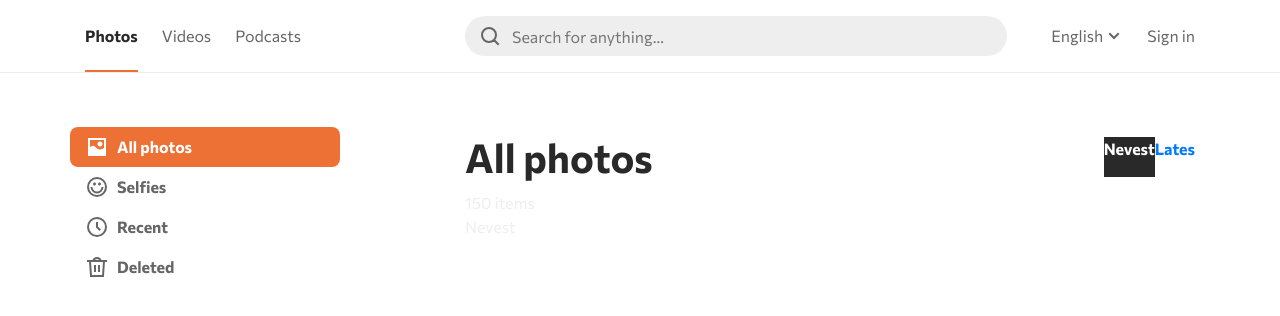
Repository: densavi/djinni
Page: index.html
An editor plug-in stored every save of this project. The page is shown before and after the next save, followed by the edit.
The browser window is 1280 px wide. The pictures show the whole page.
The style sheet was rebuilt from its Sass, Less or Tailwind sources for each picture, by a compiler version that may differ from the author's.

Above is the page before, as saved 2023-04-10 23:57:21.

### index.html
<!DOCTYPE html>
<html lang="en">
<head>
  <meta charset="UTF-8">
  <meta http-equiv="X-UA-Compatible" content="IE=edge">
  <meta name="viewport" content="width=device-width, initial-scale=1.0">
  <title>Photos</title>
  <link rel="stylesheet" href="https://cdn.jsdelivr.net/npm/bootstrap@4.6.2/dist/css/bootstrap.min.css" integrity="sha384-xOolHFLEh07PJGoPkLv1IbcEPTNtaed2xpHsD9ESMhqIYd0nLMwNLD69Npy4HI+N" crossorigin="anonymous">
  <link rel="stylesheet" href="css/style.css">
</head>
<body>

  <header class="header">
    <div class="container">
      <div class="row d-flex justify-content-between align-items-center">
        <div class="col-3">
          <button class="open-menu"><span></span></button>
          <nav class="header__nav">
            <ul class="nav">
              <li class="nav-item">
                <a class="nav-link active" aria-current="page" href="#">Photos</a>
              </li>
              <li class="nav-item">
                <a class="nav-link" href="#">Videos</a>
              </li>
              <li class="nav-item">
                <a class="nav-link" href="#">Podcasts</a>
              </li>
            </ul>
          </nav>
        </div>
        <div class="col-8 d-flex align-items-center justify-content-end">
          <label for="search" class="header__search">
            <img src="img/search.svg" alt="Search">
            <input type="search" placeholder="Search for anything...">
          </label>
          <div class="dropdown show">
            <a class="header__lang-link" href="#" role="button" id="dropdownMenuLink" data-toggle="dropdown" aria-haspopup="true" aria-expanded="false">
              English
              <svg width="12" height="8" viewBox="0 0 12 8" fill="none" xmlns="http://www.w3.org/2000/svg">
                <path d="M2 2L6 6L10 2" stroke="#666666" stroke-width="2" stroke-linecap="square"/>
              </svg>
            </a>

            <div class="dropdown-menu" aria-labelledby="dropdownMenuLink">
              <a class="dropdown-item" href="#">Ukraine</a>
              <a class="dropdown-item" href="#">Polish</a>
            </div>
          </div>
          <a href="#" class="header__sign-in">Sign in</a>
        </div>
      </div>
    </div>
  </header>


  <div class="wrapper">
    <div class="container">
      <div class="row d-flex justify-content-between">
        <div class="col-3 sidebar">
          <ul class="nav sidebar__tabs">
            <li class="sidebar__item">
              <a class="d-flex align-items-center sidebar__link active" data-toggle="tab" href="#all-photos">
                <svg width="24" height="24" viewBox="0 0 24 24" fill="none" xmlns="http://www.w3.org/2000/svg">
                  <path d="M15 6.5C13.6193 6.5 12.5 7.61929 12.5 9C12.5 10.3807 13.6193 11.5 15 11.5C16.3807 11.5 17.5 10.3807 17.5 9C17.5 7.61929 16.3807 6.5 15 6.5Z" fill="#666666"/>
                  <path fill-rule="evenodd" clip-rule="evenodd" d="M3 3H21V21H18.5266L18.4945 21.0002H5.5L5.46787 21H3V3ZM19 12.8362C17.8552 13.898 16.7044 14.4537 15 14.4537C13.0944 14.4537 11.6208 13.2859 10.1527 11.7048C9.15108 10.6262 7.51491 10.4335 6.29018 11.25L6.26758 11.2651L5 12.2134V5H19V12.8362Z" fill="#666666"/>
                </svg>
                All photos
              </a>
            </li>
            <li class="sidebar__item">
              <a class="d-flex align-items-center sidebar__link" data-toggle="tab" href="#selfies">
                <svg width="24" height="24" viewBox="0 0 24 24" fill="none" xmlns="http://www.w3.org/2000/svg">
                  <path d="M17.5 12C17.5 15.0376 15.0376 17.5 12 17.5C8.96243 17.5 6.5 15.0376 6.5 12M21 12C21 16.9706 16.9706 21 12 21C7.02944 21 3 16.9706 3 12C3 7.02944 7.02944 3 12 3C16.9706 3 21 7.02944 21 12Z" stroke="#666666" class="hover-fill" stroke-width="2"/>
                  <path d="M11 9C11 9.82843 10.3284 10.5 9.5 10.5C8.67157 10.5 8 9.82843 8 9C8 8.17157 8.67157 7.5 9.5 7.5C10.3284 7.5 11 8.17157 11 9Z" fill="#666666"/>
                  <path d="M16 9C16 9.82843 15.3284 10.5 14.5 10.5C13.6716 10.5 13 9.82843 13 9C13 8.17157 13.6716 7.5 14.5 7.5C15.3284 7.5 16 8.17157 16 9Z" fill="#666666"/>
                </svg>
                Selfies
              </a>
            </li>
            <li class="sidebar__item">
              <a class="d-flex align-items-center sidebar__link" data-toggle="tab" href="#recent">
                <svg width="24" height="24" viewBox="0 0 24 24" fill="none" xmlns="http://www.w3.org/2000/svg">
                  <path d="M12 8V12L14.5 14.5M21 12C21 16.9706 16.9706 21 12 21C7.02944 21 3 16.9706 3 12C3 7.02944 7.02944 3 12 3C16.9706 3 21 7.02944 21 12Z" stroke="#666666" stroke-width="2" stroke-linecap="square"/>
                </svg>
                Recent
              </a>
            </li>
            <li class="sidebar__item">
              <a class="d-flex align-items-center sidebar__link" data-toggle="tab" href="#deleted">
                <svg width="24" height="24" viewBox="0 0 24 24" fill="none" xmlns="http://www.w3.org/2000/svg">
                  <path d="M6 21L5.00221 21.0665L5.06445 22H6V21ZM18 21V22H18.9356L18.9978 21.0665L18 21ZM3 5H2V7H3V5ZM21 7H22V5H21V7ZM11 11V10H9V11H11ZM9 16V17H11V16H9ZM15 11V10H13V11H15ZM13 16V17H15V16H13ZM4.00221 6.06652L5.00221 21.0665L6.99779 20.9335L5.99779 5.93348L4.00221 6.06652ZM6 22H18V20H6V22ZM18.9978 21.0665L19.9978 6.06652L18.0022 5.93348L17.0022 20.9335L18.9978 21.0665ZM19 5H5V7H19V5ZM3 7H5V5H3V7ZM19 7H21V5H19V7ZM9 11V16H11V11H9ZM13 11V16H15V11H13ZM12 4C13.3965 4 14.5725 4.95512 14.9055 6.24926L16.8424 5.75074C16.2874 3.59442 14.3312 2 12 2V4ZM9.09445 6.24926C9.42754 4.95512 10.6035 4 12 4V2C9.66883 2 7.71258 3.59442 7.15758 5.75074L9.09445 6.24926Z" fill="#666666"/>
                </svg>
                Deleted
              </a>
            </li>
          </ul>
        </div>
        <div class="col-8">
            <div class="tab-content">
              <div role="tabpanel" class="tab-pane active" id="all-photos">


                <div class="content__head d-flex align-items-center justify-content-between">
                  <h2 class="content__title">All photos</h2>
                  <ul class="nav content__tabs">
                    <li class="content__item">
                      <a class="content__link active" data-toggle="tab" href="#nevest">Nevest</a>
                    </li>
                    <li class="content__item">
                      <a class="content__link" data-toggle="tab" href="#lates">Lates</a>
                    </li>
                  </ul>
                </div>

                <div class="content__items">150 items</div>


                <div class="tab-content">
                  <div role="tabpanel" class="tab-pane active" id="nevest">
                    Nevest
                  </div>
                  <div role="tabpanel" class="tab-pane" id="lates">
                    <div class="alert alert-info">There is nothing here :)</div>
                  </div>

                </div>

              </div>

              <div role="tabpanel" class="tab-pane" id="selfies">
                <div class="alert alert-info">Selfies</div>
              </div>
              <div role="tabpanel" class="tab-pane" id="recent">
                <div class="alert alert-info">recent</div>
              </div>
              <div role="tabpanel" class="tab-pane" id="deleted">
                delete
              </div>

            </div>
        </div>



      </div>
    </div>
  </div>

  <script src="https://code.jquery.com/jquery-3.6.4.min.js" integrity="sha256-oP6HI9z1XaZNBrJURtCoUT5SUnxFr8s3BzRl+cbzUq8=" crossorigin="anonymous"></script>
  <script src="https://cdn.jsdelivr.net/npm/bootstrap@4.6.2/dist/js/bootstrap.min.js" integrity="sha384-+sLIOodYLS7CIrQpBjl+C7nPvqq+FbNUBDunl/OZv93DB7Ln/533i8e/mZXLi/P+" crossorigin="anonymous"></script>
  <script src="js/main.js"></script>
</body>
</html>

### css/style.scss
@import url('https://fonts.googleapis.com/css2?family=Commissioner:wght@400;700&display=swap');

@import 'vars';
@import 'typo';

@import 'components/header';
@import 'components/mobile-menu';
@import 'components/sidebar';
@import 'components/content';

### css/_vars.scss
$darkBlack: #292929;
$grey: #666666;
$lightGrey: #EEEEEE;

$orange: #ED7135;

$mainFont: 'Commissioner', sans-serif;

$tablet: 992px;
$mobile: 768px;

### css/_typo.scss
body {
  font: 16px/24px $mainFont;
  color: $lightGrey;
}

a {
  color: $mainFont;
  text-decoration: underline;
  &:hover {
    text-decoration: none;
  }
}


.wrapper {
  padding-top: 54px;
}

### css/components/_header.scss
.header {
  border-bottom: 1px solid #EBEBEB;
  padding: 16px 0;
  &__search {
    background: $lightGrey;
    padding: 0 0 0 16px;
    display: flex;
    align-items: center;
    border-radius: 100px;
    margin: 0;
    width: 546px;
    flex: 1;
    @media (max-width: $mobile) {
      display: none;
    }
    img {
      display: flex;
    }
    input[type="search"] {
      height: 40px;
      border: 0;
      background: transparent;
      outline: none;
      width: 100%;
      padding: 0 12px;
    }
  }
  &__sign-in {
    text-decoration: none;
    color: $grey;
    transition: color .3s ease;
    margin-left: 27px;
    @media (max-width: $tablet) {
      margin-left: 15px;
    }
    &:hover {
      color: $orange;
    }
  }
  &__lang-link {
    color: $grey;
    text-decoration: none;
    transition: color .3s ease;
    svg {
      margin-left: 2px;
      transform: translateY(-2px);
      path {
        transition: transform .3s ease;
      }
    }
    &:hover {
      color: $orange;
      svg {
        path {
          stroke: $orange;
        }
      }
    }
  }
  .dropdown-item {
    text-decoration: none;
  }
  .dropdown {
    margin-left: 44px;
    @media (max-width: $tablet) {
      margin-left: 20px;
    }
    @media (max-width: $mobile) {
      display: none;
    }
  }
  &__nav {
    @media (max-width: $mobile) {
      display: none;
    }
    .nav-item {
      &:not(:last-child) {
        margin-right: 24px;
        @media (max-width: $tablet) {
          margin-right: 13px;
        }
      }
    }
    .nav-link {
      padding: 0;
      text-decoration: none;
      color: $grey;
      position: relative;
      &:before {
        content: '';
        position: absolute;
        bottom: -24px;
        width: 0;
        height: 2px;
        background: $orange;
        left: 0;
        transition: all .3s ease;
      }
      &.active {
        font-weight: 700;
        color: $darkBlack;
      }
      &:hover,
      &.active {
        &:before {
          width: 100%;
        }
      }
    }
  }
}

### css/components/_mobile-menu.scss
.open-menu {
  width: 30px;
  height: 20px;
  border: 0;
  position: relative;
  background: transparent;
  display: none;
  cursor: pointer;
  @media (max-width: $mobile) {
    display: block;
  }
  span,
  &:before,
  &:after {
    content: '';
    position: absolute;
    left: 0;
    height: 4px;
    background: $grey;
    width: 100%;
    top: 50%;
    margin-top: -2px;
    transition: all .5s ease;
    border-radius: 4px;
  }
  &:before {
    top: 0;
    margin: 0;
  }
  &:after {
    top: auto;
    margin: 0;
    bottom: 0;
  }
  &.active {
    span {
      opacity: 0;
    }
    &:before {
      transform: rotate(50deg);
      top: 50%;
    }
    &:after {
      transform: rotate(-50deg);
      top: 50%;
    }
  }
}

### css/components/_sidebar.scss
.sidebar {
  &__item {
    margin-left: -15px;
    width: calc(100% + 15px);
  }
  &__link {
    height: 40px;
    border-radius: 8px;
    padding: 0 15px;
    color: $grey;
    text-decoration: none;
    font-weight: 700;
    display: flex;
    svg {
      margin-right: 8px;
    }
    &.active,
    &:hover {
      background: $orange;
      color: #fff;
      svg {
        path {
          fill: #fff;
        }
        .hover-fill {
          fill: #ED7135 !important;
          stroke: #fff;
        }
      }
    }
    &.active:hover {
      color: #fff;
    }
  }
}

### css/components/_content.scss
.content {
  &__head {
    margin-bottom: 4px;
  }
  &__title {
    margin: 0;
    color: $darkBlack;
    font-size: 40px;
    line-height: 1.5;
    font-weight: 700;
  }
  &__link {
    display: flex;
    height: 40px;
    width: max-content;
    text-decoration: none;
    font-weight: bold;
    &.active {
      background: $darkBlack;
      color: #fff;
      text-decoration: none;
    }
  }
}

Loaded but not shown: js/main.js (no stored copy; drawn as an empty file)

After the next save:
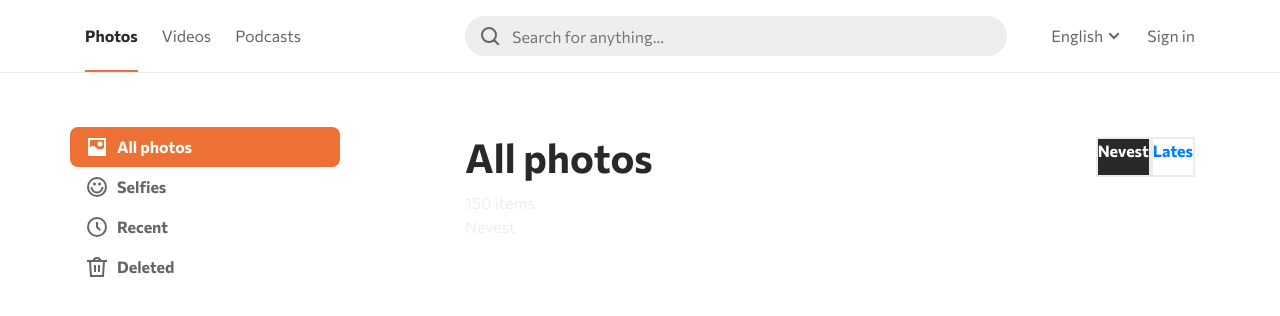
Saved 39 s later.
--- a/css/components/_content.scss
+++ b/css/components/_content.scss
@@ -15,6 +15,7 @@
     width: max-content;
     text-decoration: none;
     font-weight: bold;
+    border: 2px solid #EBEBEB;
     &.active {
       background: $darkBlack;
       color: #fff;
